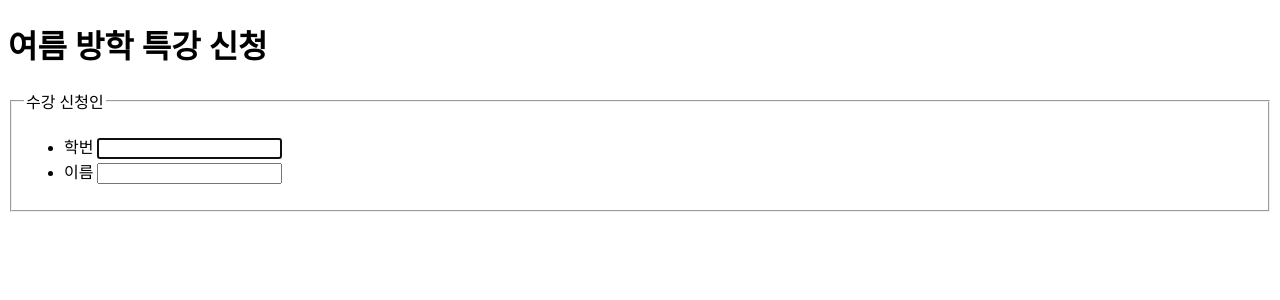
Repository: ygs3004/StudyHTML_CSS
Page: web project 01/src/main/webapp/chapter05/exam05_16.html
These files come from the project's save history. The page is drawn as it stood at one moment and after the next save; the edit follows.
The browser window is 1280 px wide. The pictures show the whole page.

Above is the page before, as saved 2022-08-09 00:46:17.

### web project 01/src/main/webapp/chapter05/exam05_16.html
<!DOCTYPE html>
<html>
<head>
<meta charset="UTF-8">
<title>Insert title here</title>
</head>
<body>
<h1>여름 방학 특강 신청</h1>
<form action = "">
	<fieldset>
		<legend>수강 신청인</legend>
		<ul>
			<li>
				<label class="reg" for="id">학번</label>
				<input type="text" id="id" autofocus>
			</li>
			<li>
				<label class="reg" for="name">이름</label>
				<input type="text" id="name">
			</li>
		</ul>
	</fieldset>
</form>

</body>
</html>

After the next save:
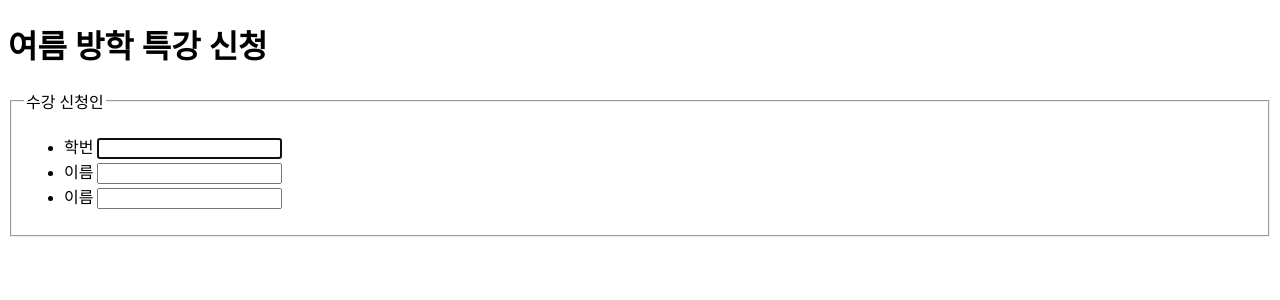
Saved 68 s later.
--- a/web project 01/src/main/webapp/chapter05/exam05_16.html
+++ b/web project 01/src/main/webapp/chapter05/exam05_16.html
@@ -18,6 +18,10 @@
 				<label class="reg" for="name">이름</label>
 				<input type="text" id="name">
 			</li>
+			<li>
+				<label class="reg" for="name">이름</label>
+				<input type="text" id="name">
+			</li>
 		</ul>
 	</fieldset>
 </form>
